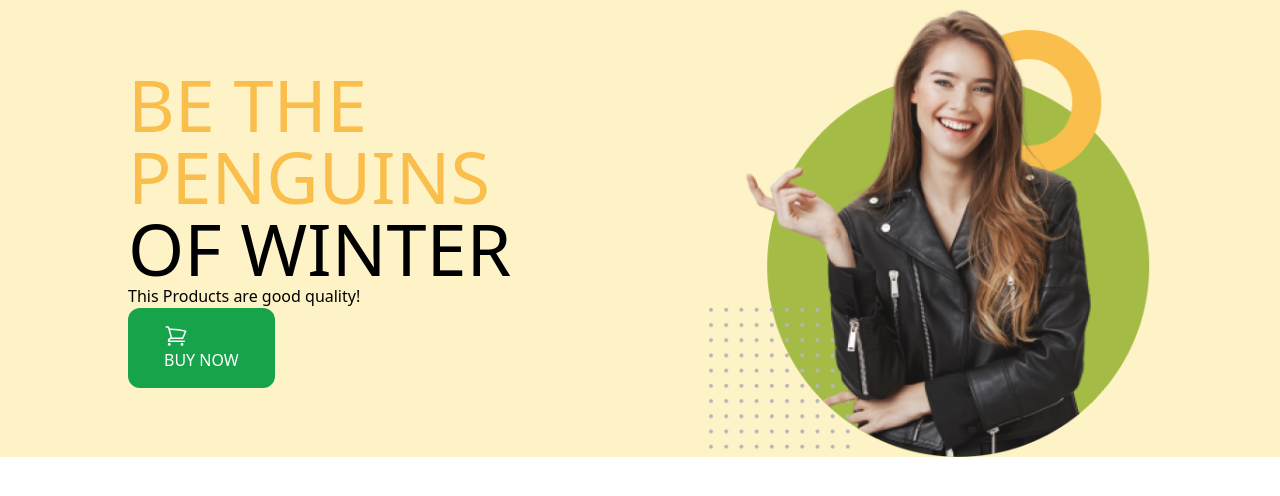
Repository: SyeadaSakina/Penguins-fashion
Page: index.html
An editor plug-in stored every save of this project. The page is shown before and after the next save, followed by the edit.
The browser window is 1280 px wide. The pictures show the whole page.
Some web libraries are served in a nearby version.

Above is the page before, as saved 2023-07-21 22:52:52.

### index.html
<!DOCTYPE html>
<html lang="en">

<head>
    <meta charset="UTF-8">
    <meta name="viewport" content="width=device-width, initial-scale=1.0">
    <title>Penguin Fashion</title>
    <script src="https://cdn.tailwindcss.com"></script>
</head>

<body>
    <header class="bg-amber-100 px-32">
        <!-- nav section -->
        <nav>

        </nav>

        <!-- banner section -->
        <div class="flex justify-between items-center">
            <div>
                <h1 class="text-7xl uppercase"> <span class="text-[#FABE4C]">Be the Penguins</span>
                    <br> of Winter
                </h1>
                <p>
                    This Products are good quality!
                </p>
                <button class="py-4 px-9 bg-green-600 rounded-xl uppercase text-white font-medium"> <svg
                        xmlns="http://www.w3.org/2000/svg" fill="none" viewBox="0 0 24 24" stroke-width="1.5"
                        stroke="currentColor" class="w-6 h-6">
                        <path stroke-linecap="round" stroke-linejoin="round"
                            d="M2.25 3h1.386c.51 0 .955.343 1.087.835l.383 1.437M7.5 14.25a3 3 0 00-3 3h15.75m-12.75-3h11.218c1.121-2.3 2.1-4.684 2.924-7.138a60.114 60.114 0 00-16.536-1.84M7.5 14.25L5.106 5.272M6 20.25a.75.75 0 11-1.5 0 .75.75 0 011.5 0zm12.75 0a.75.75 0 11-1.5 0 .75.75 0 011.5 0z" />
                    </svg>
                    Buy Now</button>
            </div>
            <div>
                <img src="images/model.png" alt="Image of a model">
            </div>
        </div>

    </header>
    <main>

    </main>
    <footer>

    </footer>
</body>

</html>

After the next save:
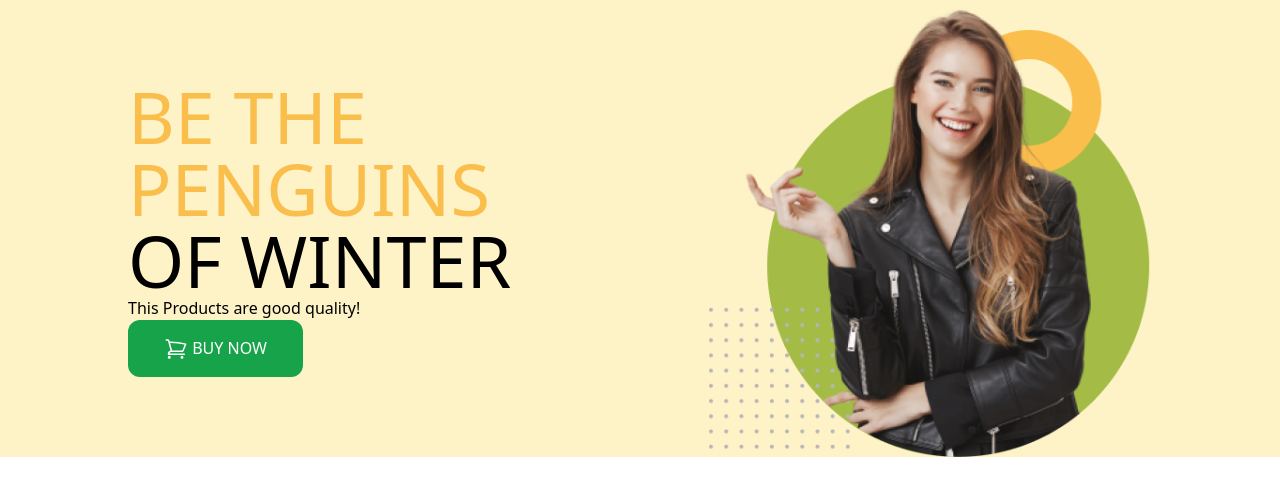
Saved 2 min 11 s later.
--- a/index.html
+++ b/index.html
@@ -26,7 +26,7 @@
                 </p>
                 <button class="py-4 px-9 bg-green-600 rounded-xl uppercase text-white font-medium"> <svg
                         xmlns="http://www.w3.org/2000/svg" fill="none" viewBox="0 0 24 24" stroke-width="1.5"
-                        stroke="currentColor" class="w-6 h-6">
+                        stroke="currentColor" class="w-6 h-6 inline">
                         <path stroke-linecap="round" stroke-linejoin="round"
                             d="M2.25 3h1.386c.51 0 .955.343 1.087.835l.383 1.437M7.5 14.25a3 3 0 00-3 3h15.75m-12.75-3h11.218c1.121-2.3 2.1-4.684 2.924-7.138a60.114 60.114 0 00-16.536-1.84M7.5 14.25L5.106 5.272M6 20.25a.75.75 0 11-1.5 0 .75.75 0 011.5 0zm12.75 0a.75.75 0 11-1.5 0 .75.75 0 011.5 0z" />
                     </svg>
